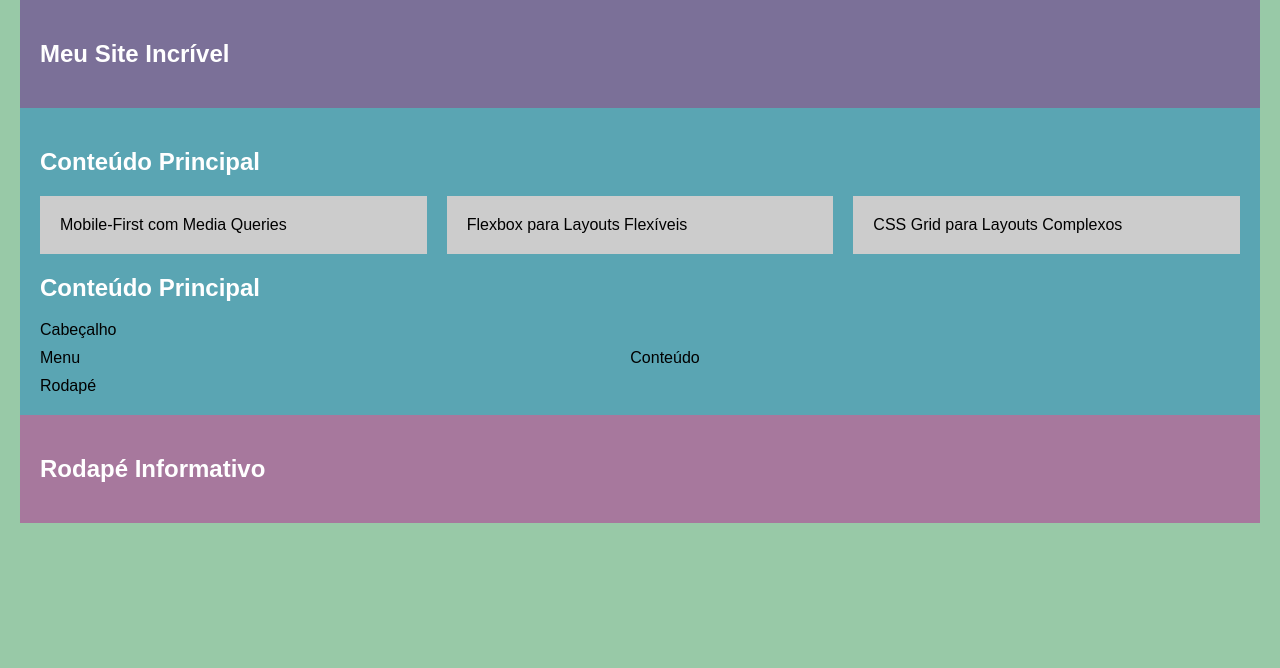
Repository: douglasabnovato/model-lp
Page: index.html
These files come from the project's save history. The page is drawn as it stood at one moment and after the next save; the edit follows.
The browser window is 1280 px wide. The pictures show the whole page.

Above is the page before, as saved 2025-02-25 10:47:05.

After the next save:
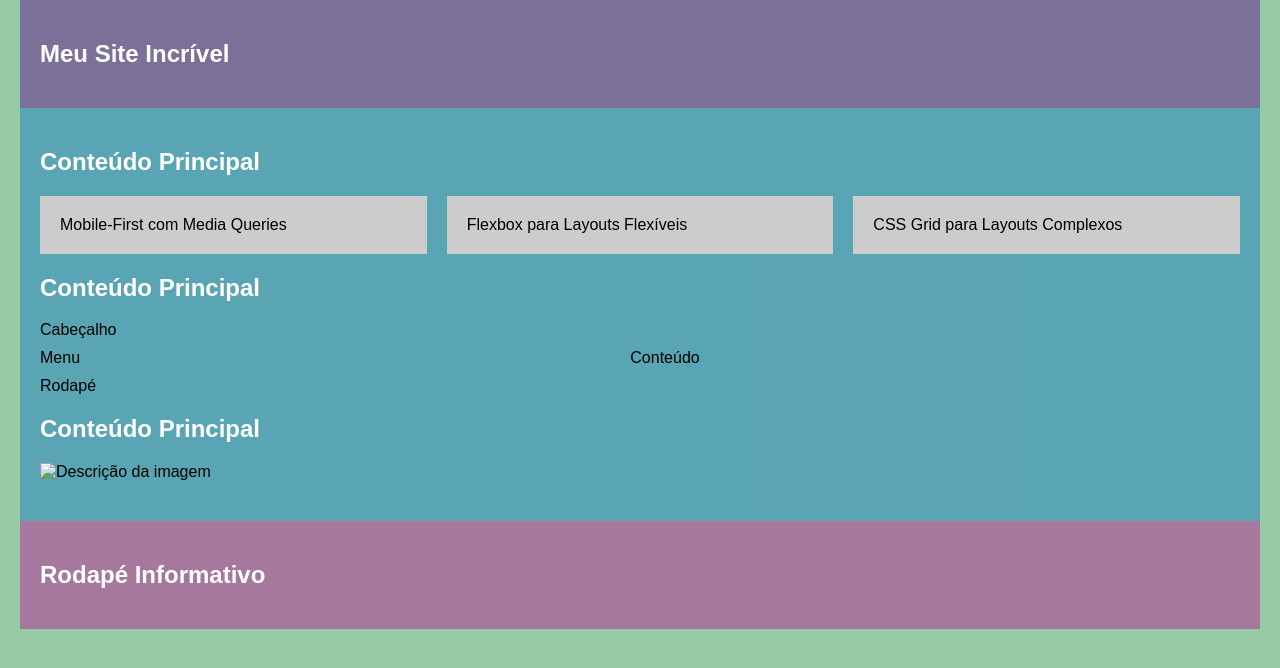
Not found: imagem-grande.jpg
Saved 11 min 12 s later.
--- a/index.html
+++ b/index.html
@@ -8,27 +8,35 @@
   </head>
   <body>
     <header>
-        <h2>Meu Site Incrível</h2>
+      <h2>Meu Site Incrível</h2>
     </header>
     <main>
-        <h2>Conteúdo Principal</h2>
-        <div class="container">
-            <div class="item">Mobile-First com Media Queries</div>
-            <div class="item">Flexbox para Layouts Flexíveis</div>
-            <div class="item">CSS Grid para Layouts Complexos</div>
-        </div>
+      <h2>Conteúdo Principal</h2>
+      <div class="container">
+        <div class="item">Mobile-First com Media Queries</div>
+        <div class="item">Flexbox para Layouts Flexíveis</div>
+        <div class="item">CSS Grid para Layouts Complexos</div>
+      </div>
 
-        <h2>Conteúdo Principal</h2>
-        <div class="grid-container">
-            <div class="grid-item">Cabeçalho</div>
-            <div class="grid-item">Menu</div>
-            <div class="grid-item">Conteúdo</div>
-            <div class="grid-item">Rodapé</div>
-        </div>
+      <h2>Conteúdo Principal</h2>
+      <div class="grid-container">
+        <div class="grid-item">Cabeçalho</div>
+        <div class="grid-item">Menu</div>
+        <div class="grid-item">Conteúdo</div>
+        <div class="grid-item">Rodapé</div>
+      </div>
 
+      <h2>Conteúdo Principal</h2>
+      <div class="grid-container">
+        <img
+          src="imagem-pequena.jpg"
+          srcset="imagem-media.jpg 768w, imagem-grande.jpg 1200w"
+          alt="Descrição da imagem"
+        />
+      </div>
     </main>
     <footer>
-        <h2>Rodapé Informativo</h2>
+      <h2>Rodapé Informativo</h2>
     </footer>
   </body>
 </html>
